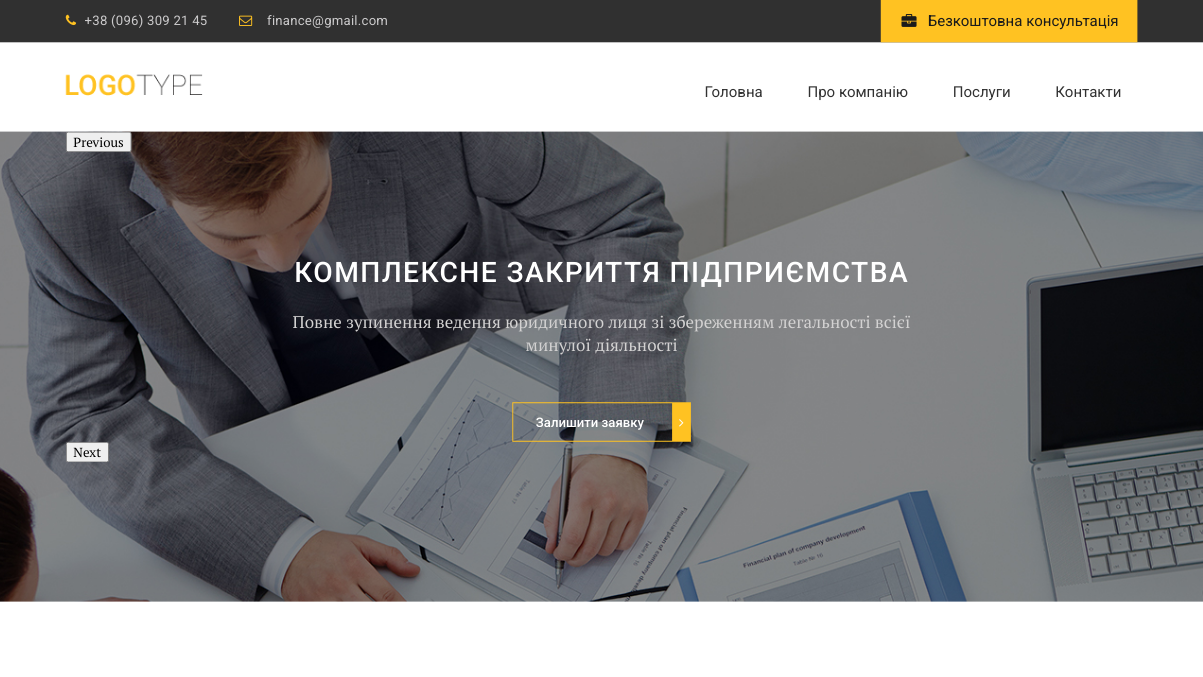
Repository: oliachipko/companysait
Page: index.html
The author's editor kept a copy of each file at every save. The page is drawn from the files as they stood at one save, then again after the next save.
The browser window is 1280 px wide. The pictures show the whole page, at 94% of full size.

Above is the page before, as saved 2020-11-17 20:23:04.

After the next save:
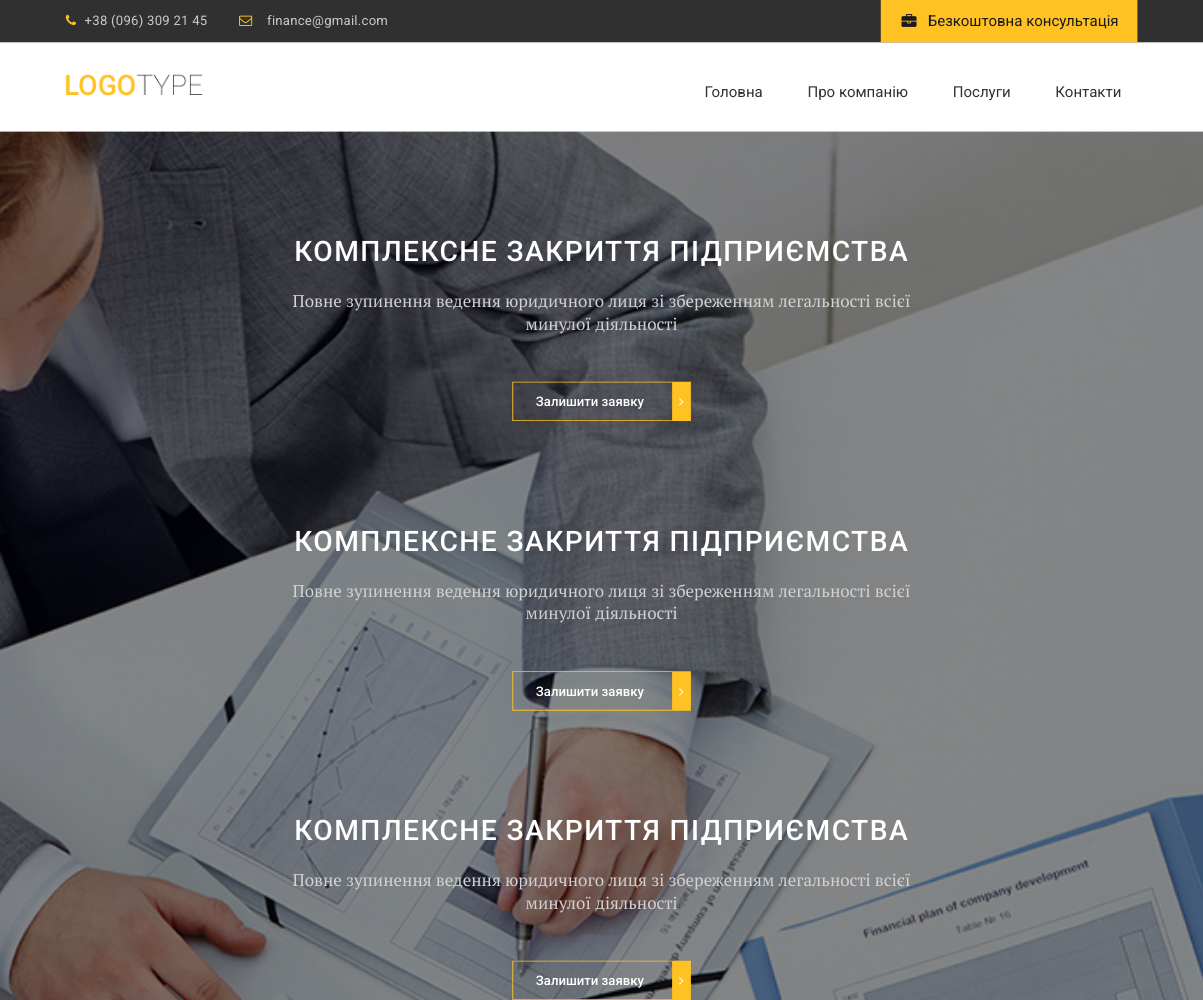
Console error: SyntaxError: Unexpected token '}'
Saved 4 min 29 s later.
--- a/js/main.js
+++ b/js/main.js
@@ -1,6 +1,8 @@
 $(function(){
 
-$('.slider__inner').slick();
+$('.slider__inner').slick({
+    nextArrow:
+});
 
 
 });

After the 2 saves that followed:
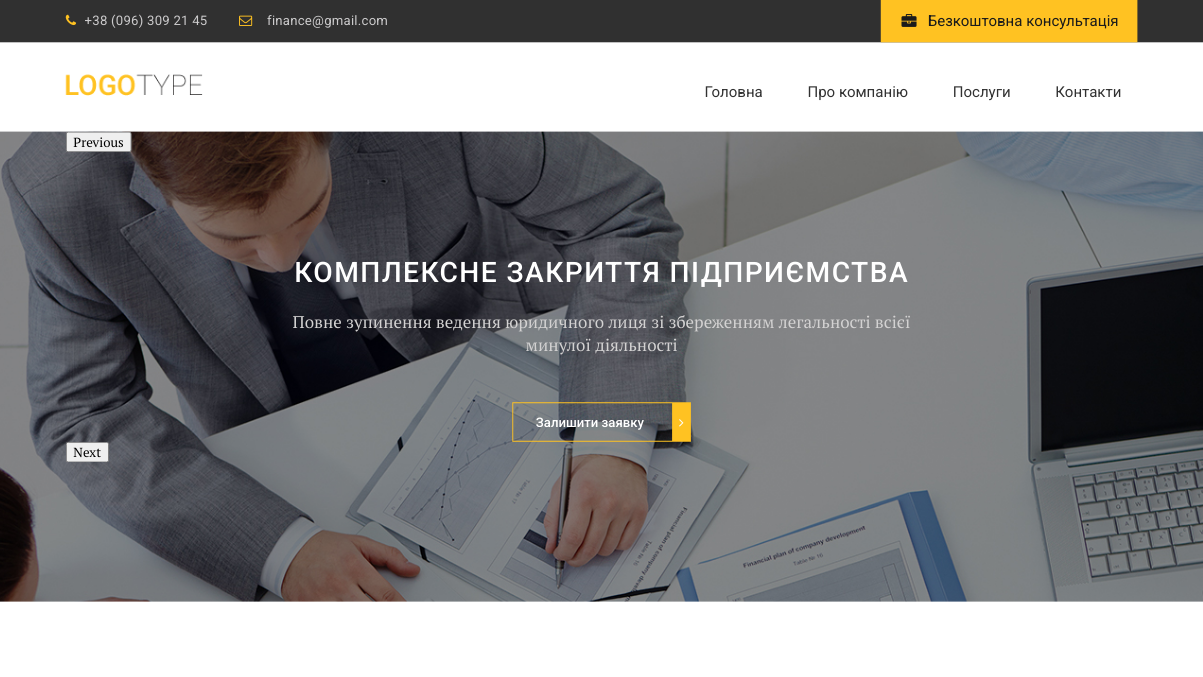
The error is gone.
The 2 saves are shown as one change because 1 left the picture as it was.
The last was saved 35 s later.
--- a/js/main.js
+++ b/js/main.js
@@ -1,7 +1,7 @@
 $(function(){
 
 $('.slider__inner').slick({
-    nextArrow:
+    nextArrow: '<button type="button" class="slick-next">Next</button>'
 });
 
 
